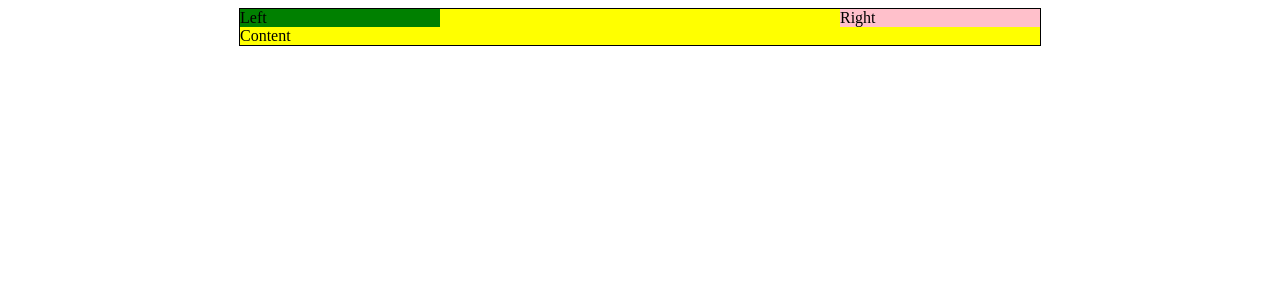
Repository: nanvon/front-end_byhuawei
Page: CSS_example.html
The author's editor kept a copy of each file at every save. The page is drawn from the files as they stood at one save, then again after a run of saves.
The browser window is 1280 px wide. The pictures show the whole page.

Above is the page before, as saved 2020-12-10 19:53:34.

After the next 9 saves:
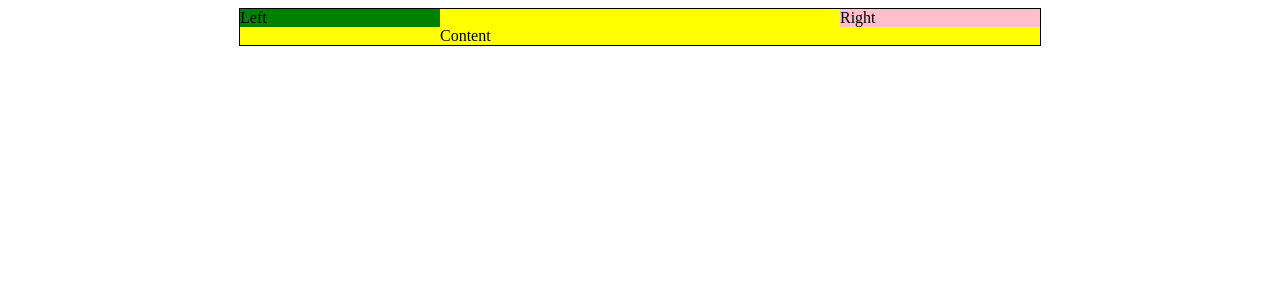
The 9 saves are shown as one change because they came seconds apart.
The last was saved 21 s later.
--- a/CSS_example.html
+++ b/CSS_example.html
@@ -32,6 +32,9 @@
             width: 200px;
             margin-left: -200px;
         }
+        .content{
+            margin: 0px 200px;
+        }
     </style>
 </head>
 

After the 3 saves that followed:
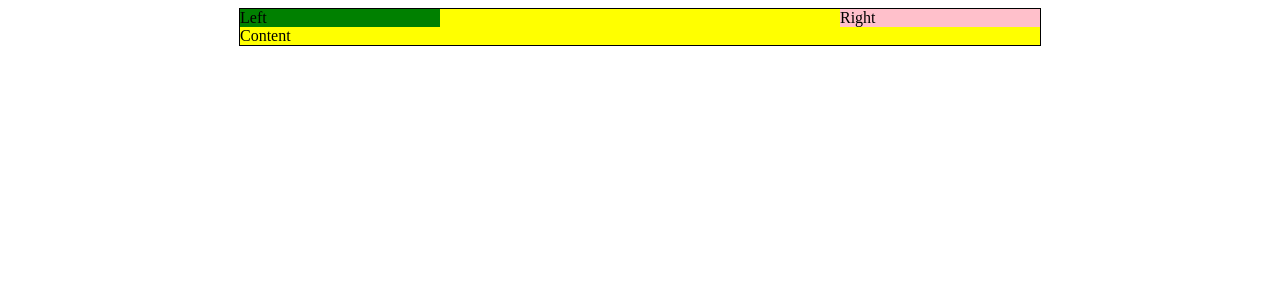
The 3 saves are shown as one change because 1 left the picture as it was and some came seconds apart.
The last was saved 46 s later.
--- a/CSS_example.html
+++ b/CSS_example.html
@@ -33,7 +33,7 @@
             margin-left: -200px;
         }
         .content{
-            margin: 0px 200px;
+
         }
     </style>
 </head>
